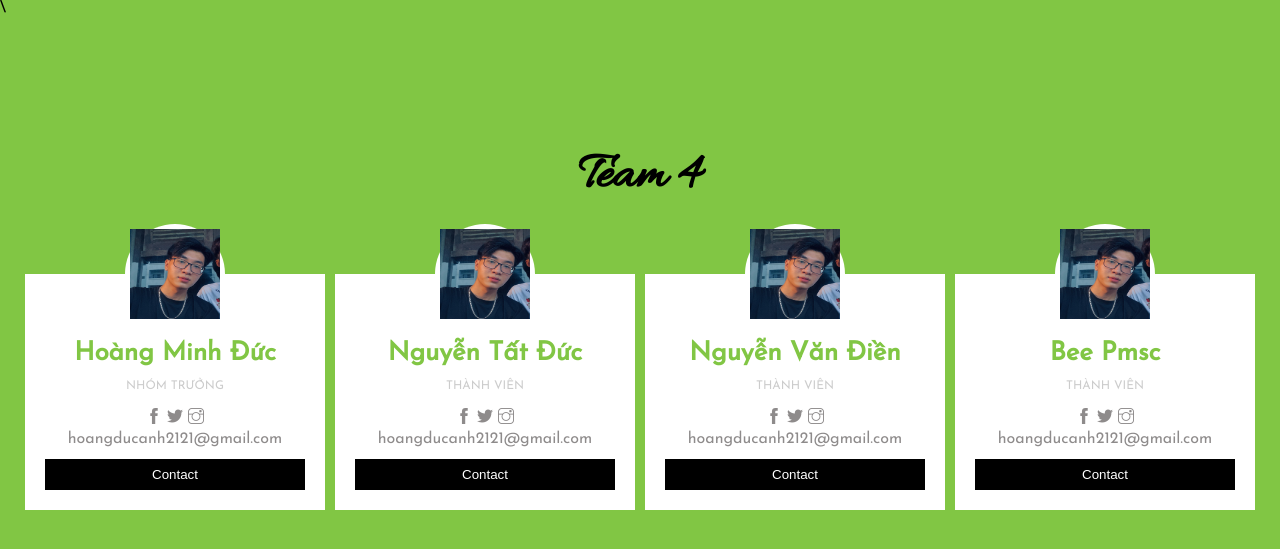
Repository: DuckyNumberONS/webcanhan
Page: index.html
The author's editor kept a copy of each file at every save. The page is drawn from the files as they stood at one save, then again after a run of saves.
The browser window is 1280 px wide. The pictures show the whole page.

Above is the page before, as saved 2022-10-03 07:53:23.

### index.html
<!DOCTYPE html>
<html lang="en">
  <head>
    <meta charset="UTF-8" />
    <title>Our Team Section</title>
    <link rel="stylesheet" href="styles.css" />
    \
    <link rel="stylesheet" href="/themify-icons/themify-icons.css" />
  </head>
  <body>
    <div class="wrapper">
      <h1>Team 4</h1>
      <div class="team">
        <div class="team_member">
          <div class="team_img">
            <img src="team1.png" alt="Team_image" />
          </div>
          <h3>Hoàng Minh Đức</h3>
          <p class="role">Nhóm trưởng</p>
          <div class="mxh">
            <i class="icon-nav ti-facebook"><a href="#"></a></i>
            <i class="icon-nav ti-twitter-alt"><a href="#"></a></i>
            <i class="icon-nav ti-instagram"><a href="#"></a></i>
          </div>
          <p>hoangducanh2121@gmail.com</p>
          <p>
            <button class="button"><a href="#"></a>Contact</button>
          </p>
        </div>
        <div class="team_member">
          <div class="team_img">
            <img src="team1.png" alt="Team_image" />
          </div>
          <h3>Nguyễn Tất Đức</h3>
          <p class="role">Thành Viên</p>
          <div class="mxh">
            <i class="icon-nav ti-facebook"><a href="#"></a></i>
            <i class="icon-nav ti-twitter-alt"><a href="#"></a></i>
            <i class="icon-nav ti-instagram"><a href="#"></a></i>
          </div>
          <p>hoangducanh2121@gmail.com</p>
          <p>
            <button class="button"><a href="#"></a>Contact</button>
          </p>
        </div>
        <div class="team_member">
          <div class="team_img">
            <img src="team1.png" alt="Team_image" />
          </div>
          <h3>Nguyễn Văn Điền</h3>
          <p class="role">Thành Viên</p>
          <div class="mxh">
            <i class="icon-nav ti-facebook"><a href="#"></a></i>
            <i class="icon-nav ti-twitter-alt"><a href="#"></a></i>
            <i class="icon-nav ti-instagram"><a href="#"></a></i>
          </div>
          <p>hoangducanh2121@gmail.com</p>
          <p>
            <button class="button"><a href="#"></a>Contact</button>
          </p>
        </div>
        <div class="team_member">
          <div class="team_img">
            <img src="team1.png" alt="Team_image" />
          </div>
          <h3>Bee Pmsc</h3>
          <p class="role">Thành Viên</p>
          <div class="mxh">
            <i class="icon-nav ti-facebook"><a href="#"></a></i>
            <i class="icon-nav ti-twitter-alt"><a href="#"></a></i>
            <i class="icon-nav ti-instagram"><a href="#"></a></i>
          </div>
          <p>hoangducanh2121@gmail.com</p>
          <p>
            <button class="button"><a href="#"></a>Contact</button>
          </p>
        </div>
      </div>
    </div>
  </body>
</html>

### styles.css
@import url('https://fonts.googleapis.com/css?family=Allura|Josefin+Sans');

*{
  margin: 0;
  padding: 0;
  box-sizing: border-box;
}

body{
  background: #81c644;
  font-family: 'Josefin Sans', sans-serif;
}

.wrapper{
  margin-top: 10%;
}

.wrapper h1{
  font-family: 'Allura', cursive;
  font-size: 52px;
  margin-bottom: 60px;
  text-align: center;
}

.team{
  display: flex;
  justify-content: center;
  width: auto;
  text-align: center;
  flex-wrap: wrap;
}

.team .team_member{
  background: #fff;
  margin: 5px;
  margin-bottom: 50px;
  width: 300px;
  padding: 20px;
  line-height: 20px;
  color: #8e8b8b;
  position: relative;
}

.team .team_member h3{
  color: #81c644;
  font-size: 26px;
  margin-top: 50px;
}

.team .team_member p.role{
  color: #ccc;
  margin: 12px 0;
  font-size: 12px;
  text-transform: uppercase;
}

.team .team_member .team_img{
  position: absolute;
  top: -50px;
  left: 50%;
  transform: translateX(-50%);
  width: 100px;
  height: 100px;
  border-radius: 50%;
  background: #fff;
}

.team .team_member .team_img img{
  width: 100px;
  height: 100px;
  padding: 5px;
}
.button {
  margin-top: 10px;
  border: none;
  outline: 0;
  display: inline-block;
  padding: 8px;
  color: white;
  background-color: #000;
  text-align: center;
  cursor: pointer;
  width: 100%;

}

.button:hover {
  background-color: #555;
}

Loaded but not shown: themify-icons/themify-icons.css (common file)

After the next 2 saves:
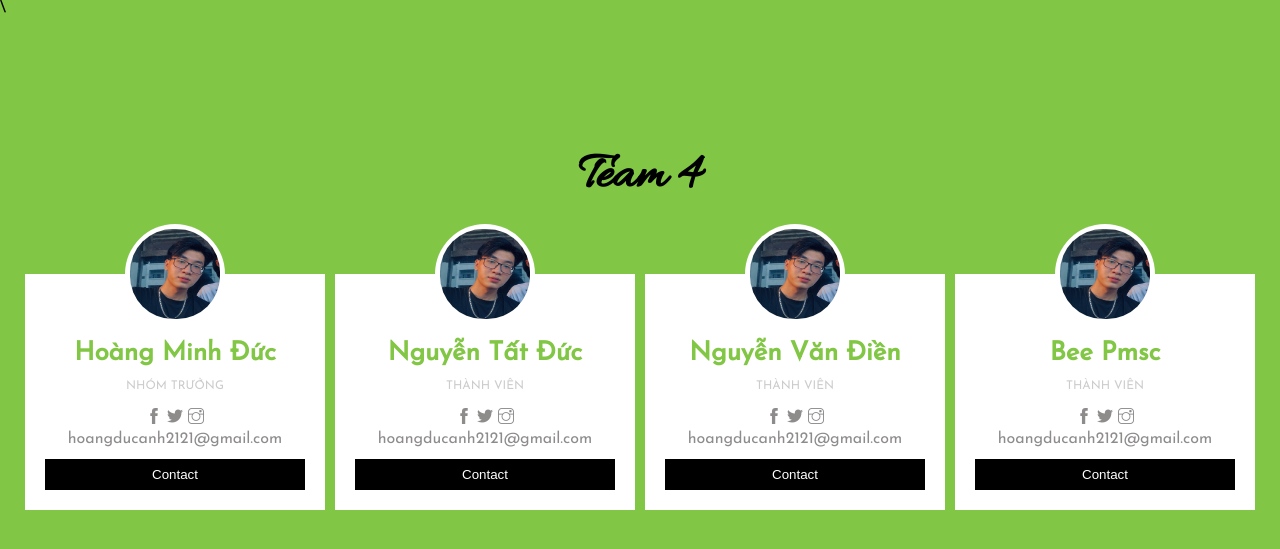
The 2 saves are shown as one change because they came seconds apart.
The last was saved 33 s later.
--- a/styles.css
+++ b/styles.css
@@ -64,7 +64,9 @@ body{
   border-radius: 50%;
   background: #fff;
 }
-
+.team_img>img{
+  border-radius:3em ;
+}
 .team .team_member .team_img img{
   width: 100px;
   height: 100px;
